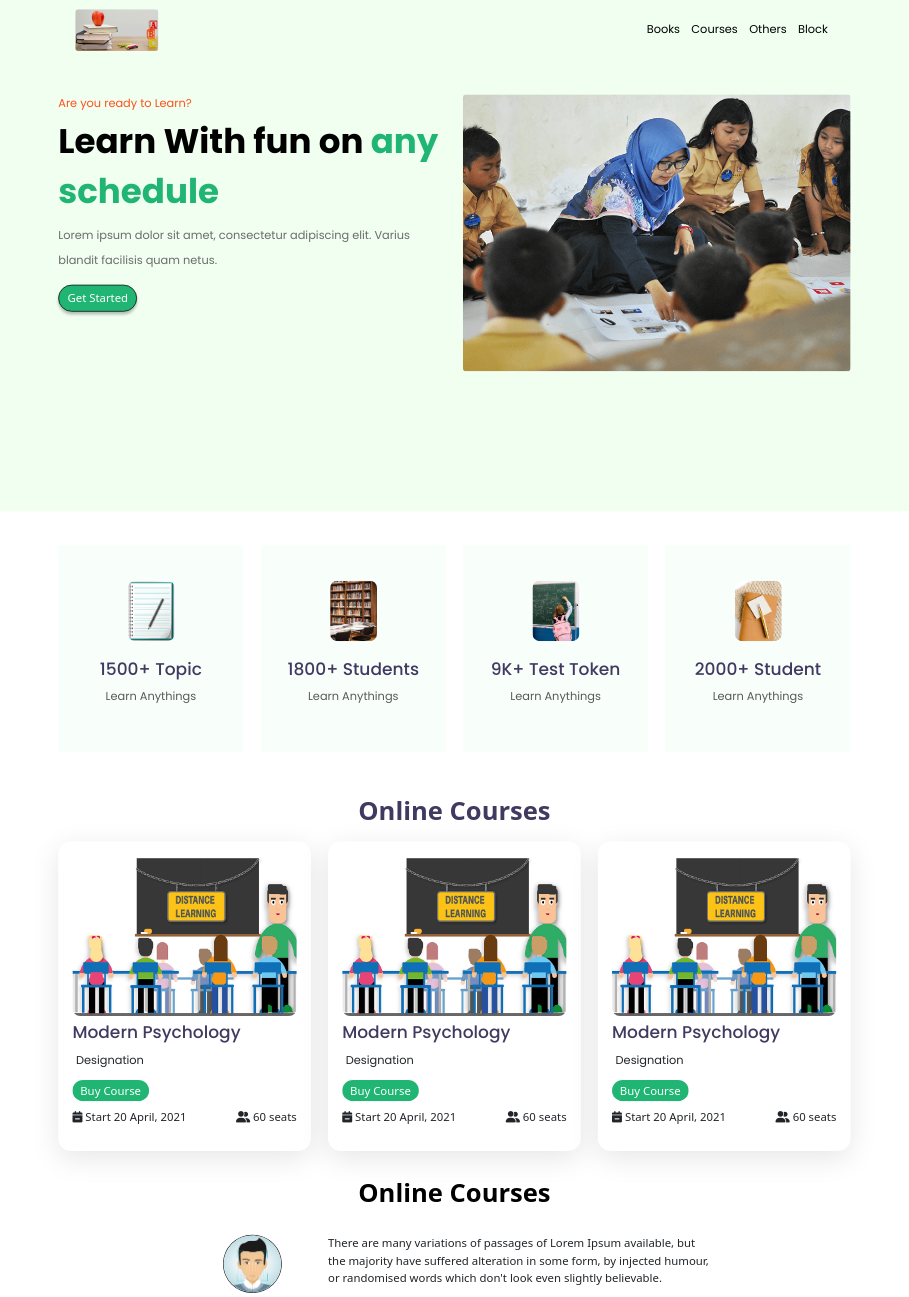
Repository: zjria/Figma-to-E-school
Page: index.html
The author's editor kept a copy of each file at every save. The page is drawn from the files as they stood at one save, then again after the next save.
The browser window is 1280 px wide. The pictures show the whole page, at 71% of full size.
Some web libraries are served in a nearby version.

Above is the page before, as saved 2022-05-07 08:47:52.

After the next save:
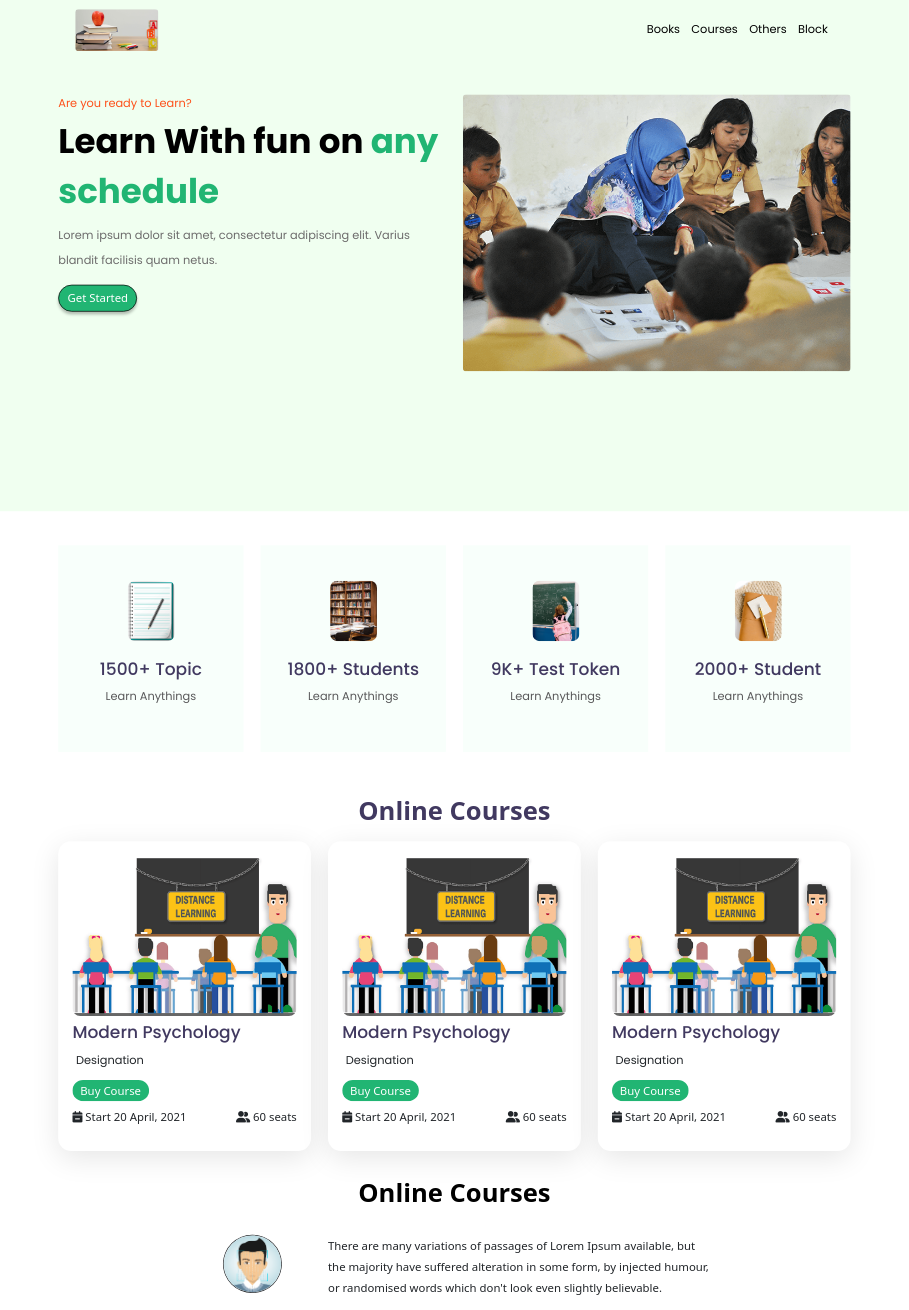
Saved 67 s later.
--- a/style.css
+++ b/style.css
@@ -133,5 +133,7 @@ line-height: 54px;}
 .claind{
 width: 50%;margin: auto;border: 1px solid;border-radius: 50%;overflow: hidden;}
 .testimonial p{
-
+    font-weight: 400;
+font-size: 16px;
+line-height: 30px;
 }
